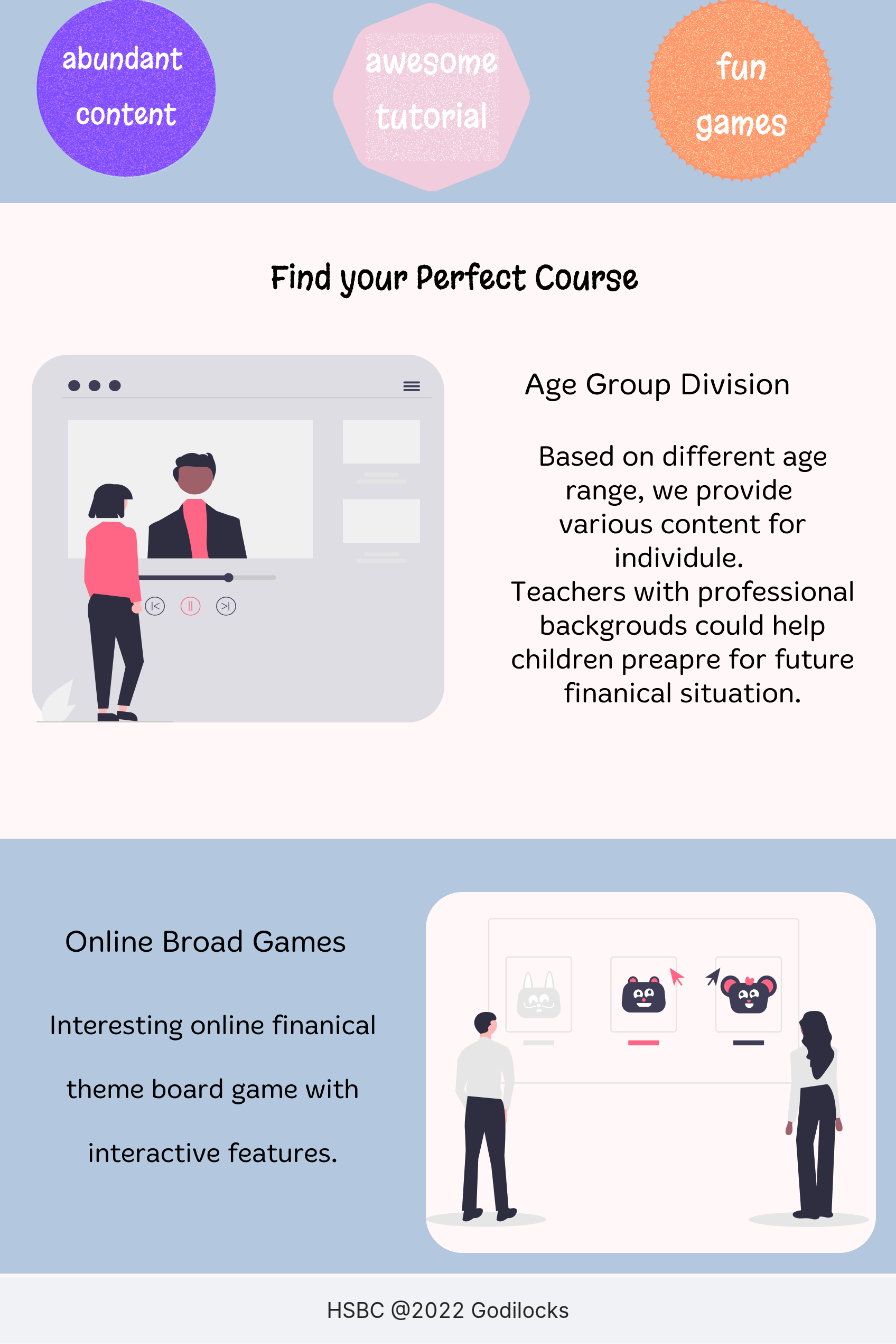
Repository: Zoe-XJ-Zhang/Goldilocks
Page: /
An editor plug-in stored every save of this project. The page is shown before and after the next save, followed by the edit.
The browser window is 1280 px wide. The pictures show the part of the page from y = 871 to 2791 px (the page is 2791 px tall before and 2775 px after), at 70% of full size.
The project was rebuilt for these pictures with package versions that can differ from the ones it lists, and the page was loaded fresh each time. Also part of the build but not shown: src/page/roadmapPage/roadmapPage.js, src/page/aboutPage/aboutPage.js.

Above is the page before, as saved 2022-08-31 14:56:26.

### public/index.html
<!DOCTYPE html>
<html lang="en">
  <head>
    <meta charset="utf-8" />
    <link rel="icon" href="./logo.jpg" />
    <meta name="viewport" content="width=device-width, initial-scale=1" />
    <meta name="theme-color" content="#000000" />
    <meta
      name="description"
      content="Web site created using create-react-app"
    />
    <title>Goldilocks</title>
  </head>
  <body>
    <noscript>You need to enable JavaScript to run this app.</noscript>
    <div id="root"></div>
  </body>
</html>

### src/App.js
import "./App.css";
import { Layout } from "antd";
import { Route, Routes } from "react-router-dom";
import HomePage from "./page/homePage/homePage";
import RoadmapPage from "./page/roadmapPage/roadmapPage";
import AboutPage from "./page/aboutPage/aboutPage";

const { Header, Footer, Content } = Layout;

function App() {
  return (
    <div className="App">
      <Header>this is header</Header>
      <Content>
        <Routes>
          <Route path="/*" element={<HomePage />}></Route>
          <Route path="/home" element={<HomePage />}></Route>
          <Route path="/roadmap" element={<RoadmapPage />}></Route>
          <Route path="/aboutus" element={<AboutPage />}></Route>
        </Routes>
      </Content>
      <Footer style={{
            textAlign: 'center',
            fontSize:'30px',
          }}>HSBC @2022 Godilocks</Footer>
    </div>
  );
}

export default App;

### src/page/homePage/homePage.js
import React from 'react';
import './homePage.css';

import homepage from '../../images/home_page.png'
const HomePage = () => {
    return (<div className='homepage'>
        {/* <Image src={homepage}  alt="asd" title="QW"></Image> */}
        <img src={homepage} alt="" />
    </div>);

};

export default HomePage;

### src/page/homePage/homePage.css
img{
    width: 100%;
    height: 100%;
    object-fit: contain;
}

Loaded but not shown: src/index.js (common file); src/index.css (common file); src/reportWebVitals.js (common file); src/App.css (common file)

After the next save:
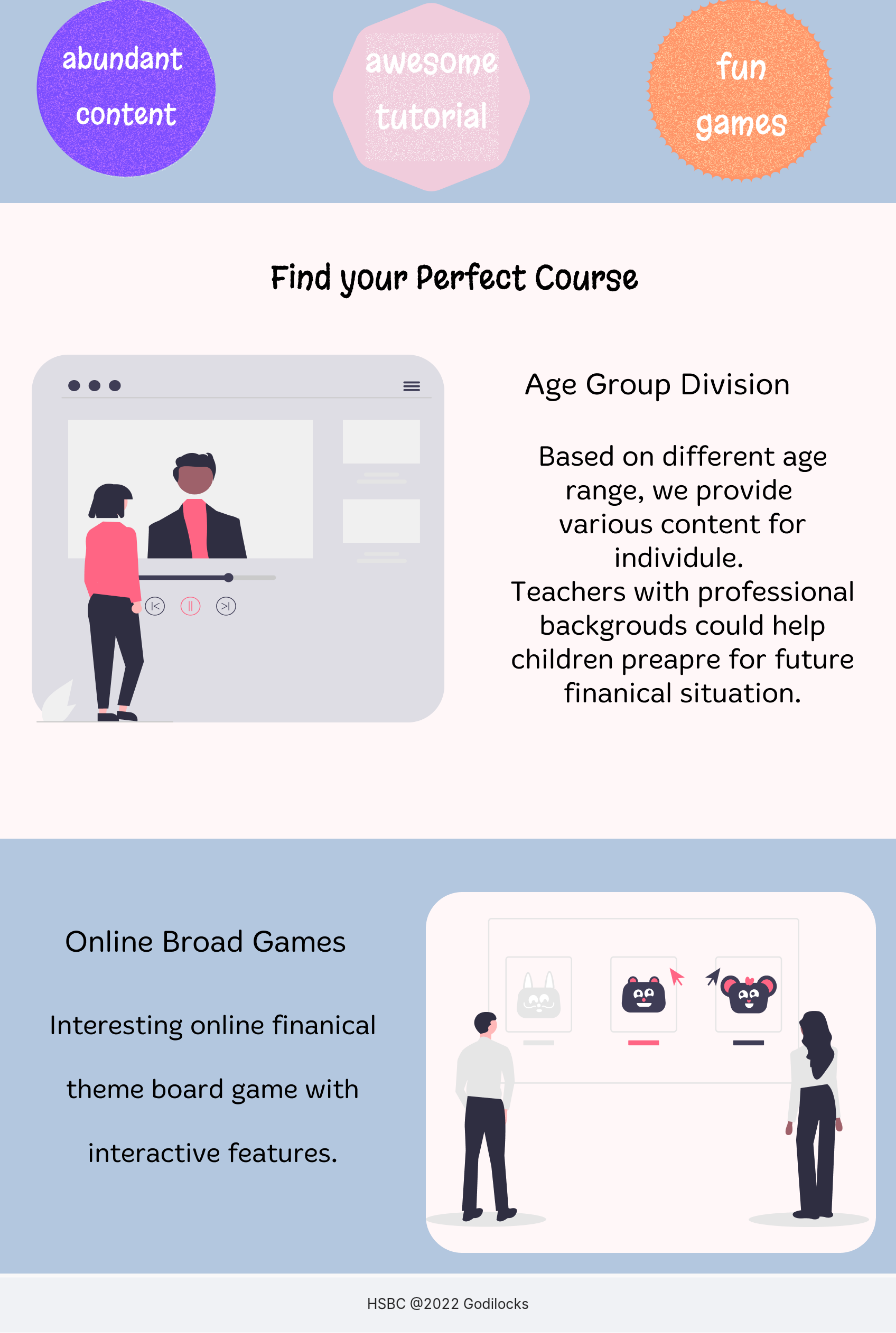
Saved 9 s later.
--- a/src/App.js
+++ b/src/App.js
@@ -21,7 +21,7 @@ function App() {
       </Content>
       <Footer style={{
             textAlign: 'center',
-            fontSize:'30px',
+            fontSize:'20px',
           }}>HSBC @2022 Godilocks</Footer>
     </div>
   );
